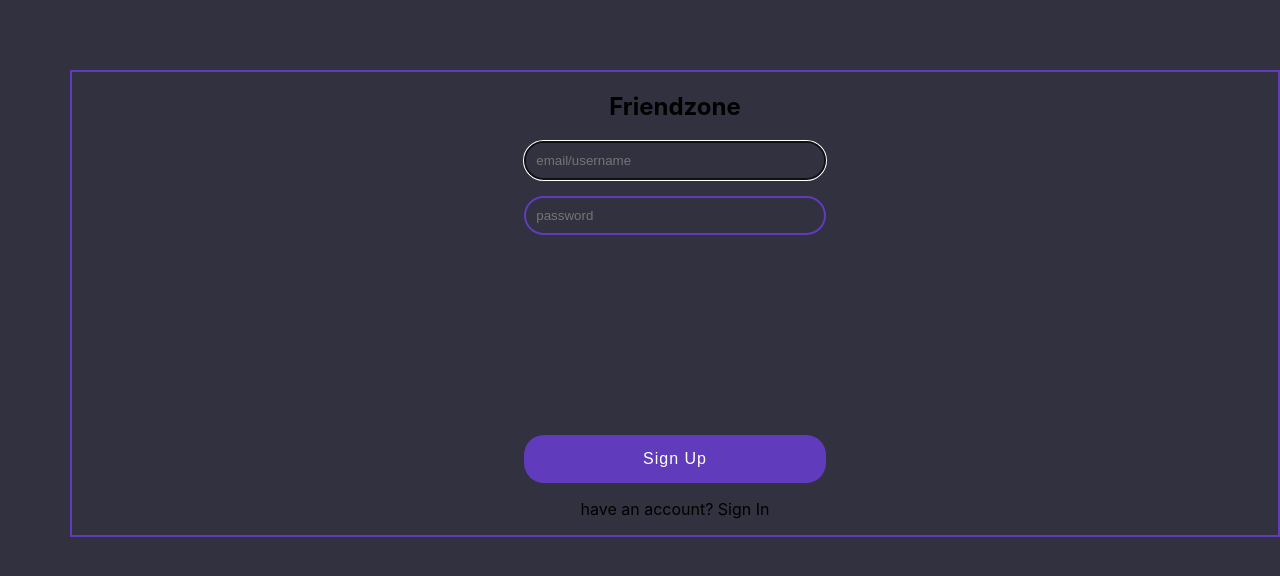
Repository: DerickT02/friend-zone
Page: /
An editor plug-in stored every save of this project. The page is shown before and after the next save, followed by the edit.
The browser window is 1280 px wide. The pictures show the whole page.
The project was rebuilt for these pictures with package versions that can differ from the ones it lists, and the page was loaded fresh each time. Also part of the build but not shown: src/Appreducer.js, src/GlobalState.js, src/Post.js, src/Homepage.js, src/fire.js.

Above is the page before, as saved 2021-07-07 07:53:39.

### src/index.js
import React from 'react';
import ReactDOM from 'react-dom';
import './index.css';
import App from './App';


ReactDOM.render(

    <App />,
  document.getElementById('root')
);

// If you want to start measuring performance in your app, pass a function
// to log results (for example: reportWebVitals(console.log))
// or send to an analytics endpoint. Learn more: https://bit.ly/CRA-vitals

### src/index.css
body {
  margin: 0;
  font-family: -apple-system, BlinkMacSystemFont, 'Segoe UI', 'Roboto', 'Oxygen',
    'Ubuntu', 'Cantarell', 'Fira Sans', 'Droid Sans', 'Helvetica Neue',
    sans-serif;
  -webkit-font-smoothing: antialiased;
  -moz-osx-font-smoothing: grayscale;
  background-color: rgb(49, 49, 63);

}

code {
  font-family: source-code-pro, Menlo, Monaco, Consolas, 'Courier New',
    monospace;
}

### src/App.js
import React, { Component, useState, useEffect } from 'react'
import { BrowserRouter, Switch, Link, Route, Redirect, Router} from 'react-router-dom'
import Login from './Login'
import Homepage from './Homepage'
import './App.css'

import fire from './fire'
import GlobalProvider from './GlobalState'

function App() {
  const [user, setUser] = useState('')
  const [email, setEmail] = useState('')
  const [password, setPassword] = useState('')
  const [emailError, setEmailError] = useState('')
  const [passwordError, setPasswordError] = useState('')
  const [hasAccount, setHasAccount] = useState(false)

const clearInputs = () => {
  setEmail('')
  setPassword('')
}

const clearErrors = () => {
  setEmailError('');
  setPasswordError('')
}

const handleLogin = () => {
  clearErrors()
  fire
  .auth()
  .signInWithEmailAndPassword(email, password)
  .catch(err => {
      switch(err.code){
          case 'auth/invalid-email':
          case 'auth/user-disabled':
          case 'auth/user-not-found':
              setEmailError(err.message)
              break;
          case 'auth/wrong-password':
              setPasswordError(err.message)
              break
      }
  })
}

const handleSignup = () => {
  clearErrors()
  fire
  .auth()
  .createUserWithEmailAndPassword(email, password)
  .catch(err => {
      switch(err.code){
          case 'auth/email-already-in-use':
          case 'auth/invalid-email':
          setEmailError(err.message);
          break;

          case 'auth/weak-password':
          setPasswordError(err.message)
      }
  })
}

const handleLogout = () => {
  fire
  .auth()
  .signOut()
}

const authListener = () => {
  fire.auth().onAuthStateChanged((user) => {
    if(user){
      clearInputs()
      setUser(user)
    }
    else {
        setUser('')
    }
  })
}

useEffect(() => {
  authListener()
}, [])

  return (
    <div className="App">
    {user ? (
      <BrowserRouter>
      <GlobalProvider>
      <Switch>
        <Route exact path = '/'><Redirect to = "/homepage"/></Route>
        <Route exact path = '/homepage'><Homepage handleLogout = {handleLogout}/></Route>
      </Switch>
      </GlobalProvider>
     </BrowserRouter>
    ) : (

      <BrowserRouter>
      <Switch>
      <Route exact path = '/homepage'><Redirect to = "/" /></Route>
        <Route><Login email = {email}
            setEmail = {setEmail}
            password = {password}
            setPassword={setPassword}
            handleLogin={handleLogin}
            handleSignup={handleSignup}
            hasAccount={hasAccount}
            setHasAccount={setHasAccount}
            emailError={emailError}
            passwordError={passwordError} /></Route>
      </Switch>
      </BrowserRouter>
    )}

    </div>
  );
}

export default App;

### src/Login.js
import React, { Component, useState, useEffect } from 'react'
import './Login.css'
import {Link} from 'react-router-dom'

const Login = (props) => {
    const {email, setEmail, password, setPassword, handleLogin, handleSignup, hasAccount, setHasAccount, emailError, passwordError} = props
    return (
        <section className = "login">
        <div className="loginContainer" >

<h1>Friendzone</h1>


<input placeholder = 'email/username' type ="text" autoFocus required value = {email} onChange={(e) => setEmail(e.target.value)}/>
<p className ="errorMsg">{emailError}</p>

<input placeholder = 'password' type ="password" required value = {password} onChange={(e) => setPassword(e.target.value)} />
<p className = "errorMsg">{passwordError}</p>
<div className="btnContainer">

    {hasAccount ? (
        <div>
       <button type = "submit" onClick = {handleLogin}>Sign in</button>
        <p>Don't have an account? <span onClick ={() => setHasAccount(!hasAccount)}>Sign Up</span></p>
        </div>
    ):(
        <div>
        <button type = "submit" onClick={handleSignup}>Sign Up</button>
        <p>have an account? <span onClick = {() => setHasAccount(!hasAccount)}>Sign In</span></p>
        </div>
    )}

</div>
</div>
</section>





    )
}


export default Login

### src/Login.css
* {
  box-sizing: border-box;
}


.login .loginContainer {
  margin-top: 70px;
  margin-left: 70px;
  border: 2px solid #603bbb;
}

.login .loginContainer input {
  border: 2px solid #603bbb;
  width: 25%;
  padding: 10px;
  background-color: rgb(49, 49, 63);
  border-radius: 20px;
  color: white;
}




.btnContainer {
  margin-top: 200px;
}


.btnContainer button {
  border: none;
  border-radius: 20px;
  outline: none;
  width: 25%;
  padding: 15px 0;
  color: #fff;
  font-size: 16px;
  letter-spacing: 1px;
  background: #603bbb;
  cursor: pointer;
}

Loaded but not shown: public/index.html (common file); src/App.css (common file)

After the next save:
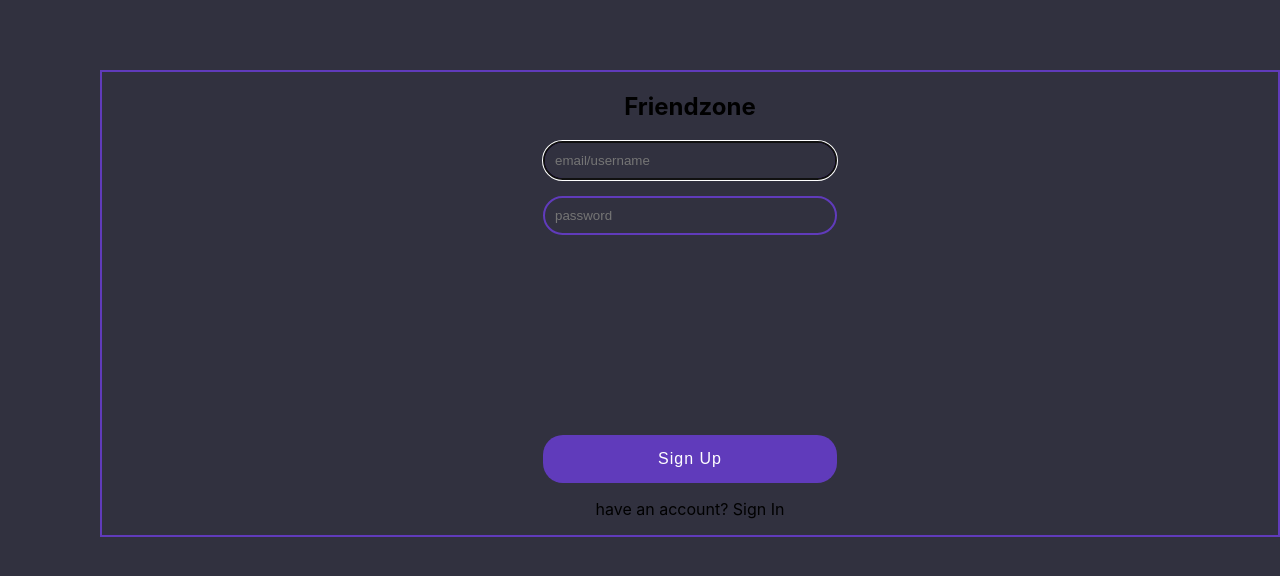
Saved 5 s later.
--- a/src/Login.css
+++ b/src/Login.css
@@ -5,7 +5,7 @@
 
 .login .loginContainer {
   margin-top: 70px;
-  margin-left: 70px;
+  margin-left: 100px;
   border: 2px solid #603bbb;
 }
 
